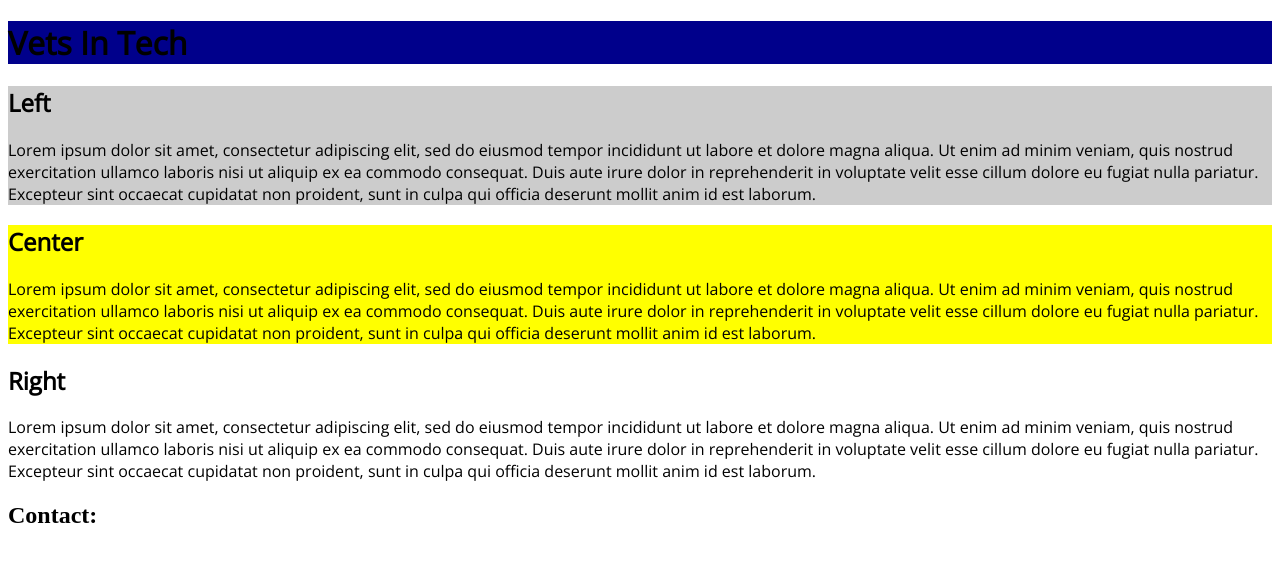
Repository: 3EyEdRav3n/10-2020-cohort-course
Page: week-1/Week-1 Assignment/index.html
These files come from the project's save history. The page is drawn as it stood at one moment and after the next save; the edit follows.
The browser window is 1280 px wide. The pictures show the whole page.

Above is the page before, as saved 2020-11-01 20:45:32.
Not found: week-1/Week-1 Assignment/lincoln.jpg

After the next save:
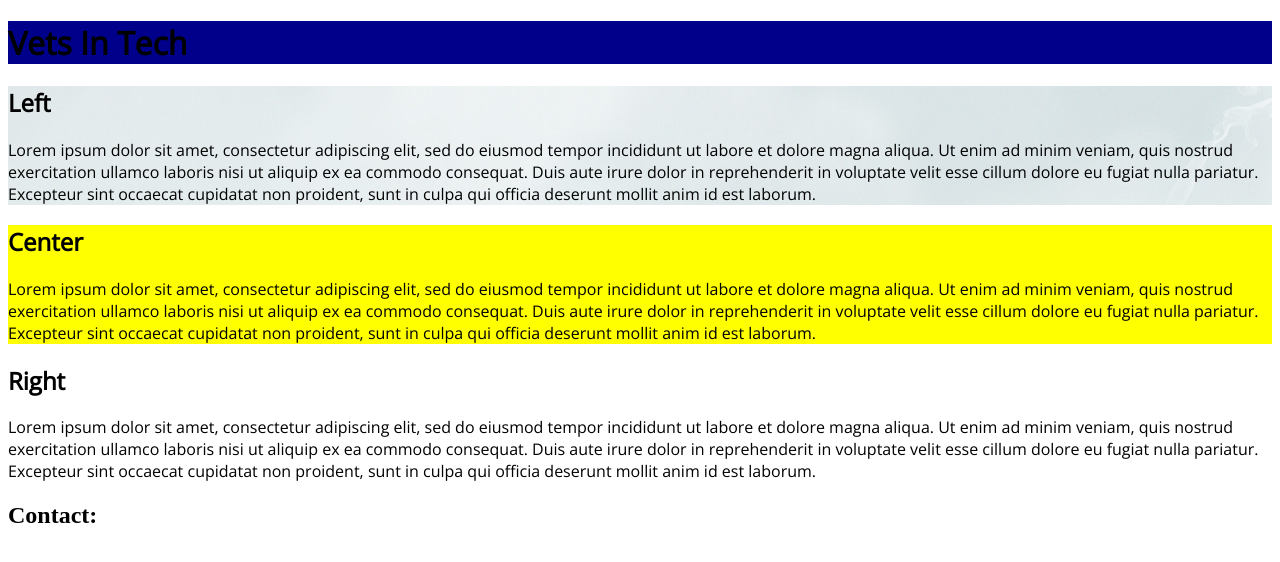
Saved 18 s later.
--- a/week-1/Week-1 Assignment/styles.css
+++ b/week-1/Week-1 Assignment/styles.css
@@ -9,7 +9,7 @@
         font-family: 'Open Sans', sans-serif;
 }
 .left-col{
-        background-image: url("lincoln.jpg");
+        background-image: url("/images/lincoln.jpg");
         background-color: #cccccc;
 }
 .center-col{
